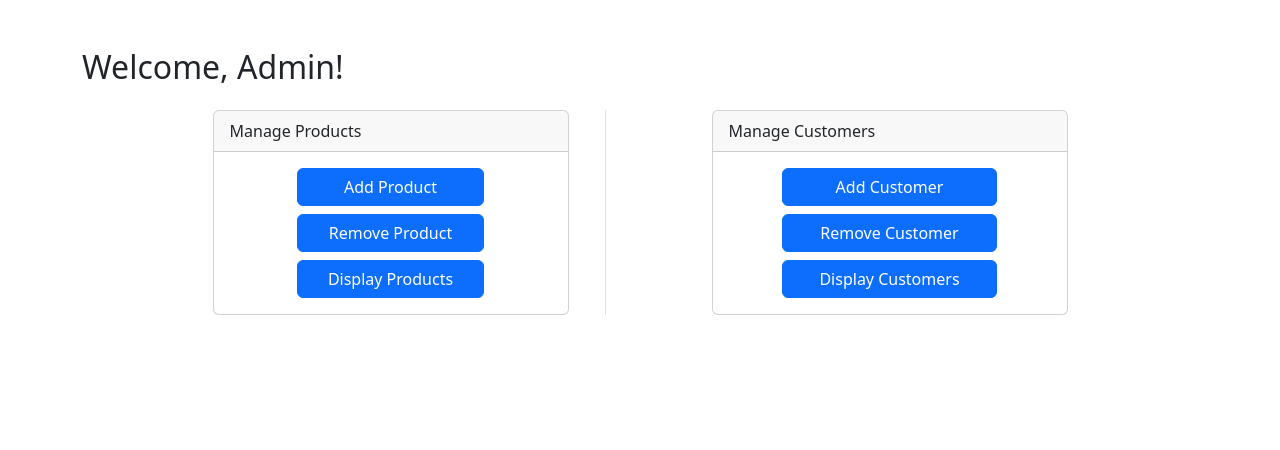
Repository: satvikagrasani/Layered-Architecture
Page: http://localhost/OnlineShoppingSystem/admindashboard.jsp
The author's editor kept a copy of each file at every save. The page is drawn from the files as they stood at one save, then again after the next save.
The browser window is 1280 px wide. The pictures show the whole page.
The page is served by Tomcat 9.

Above is the page before, as saved 2023-09-04 16:59:01.

After the next save:
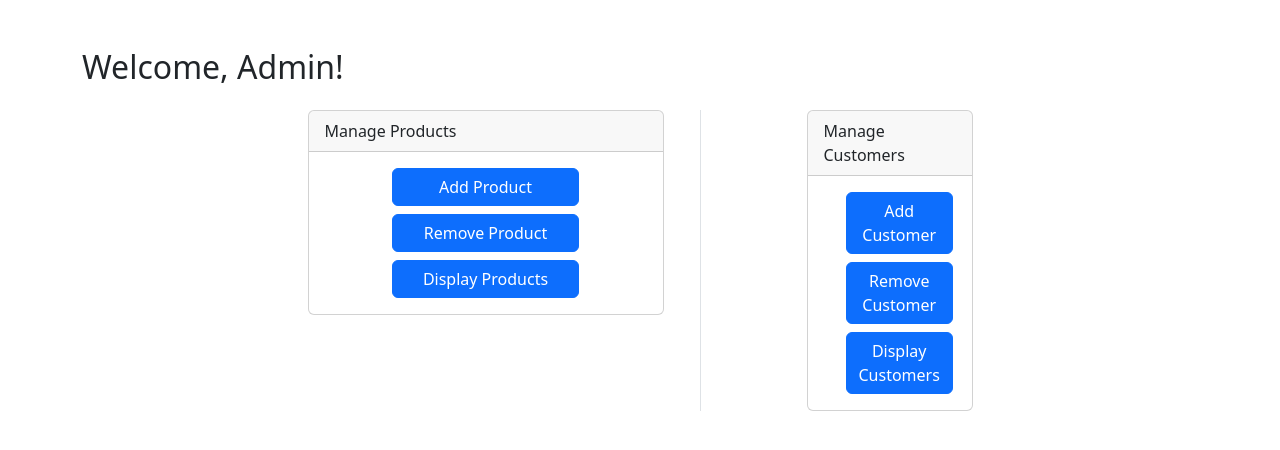
Saved 11 s later.
--- a/Layered Architecture/OnlineShoppingSystem/src/main/webapp/admindashboard.jsp
+++ b/Layered Architecture/OnlineShoppingSystem/src/main/webapp/admindashboard.jsp
@@ -138,7 +138,7 @@
             <div class="col-md-1 border-start ms-4 "></div>
 
 
-            <div class="col-md-4 ">
+            <div class="col-md-2 ">
                 <div class="card me-6">
                     <div class="card-header">Manage Customers</div>
                     <div class="card-body">

After the save that followed:
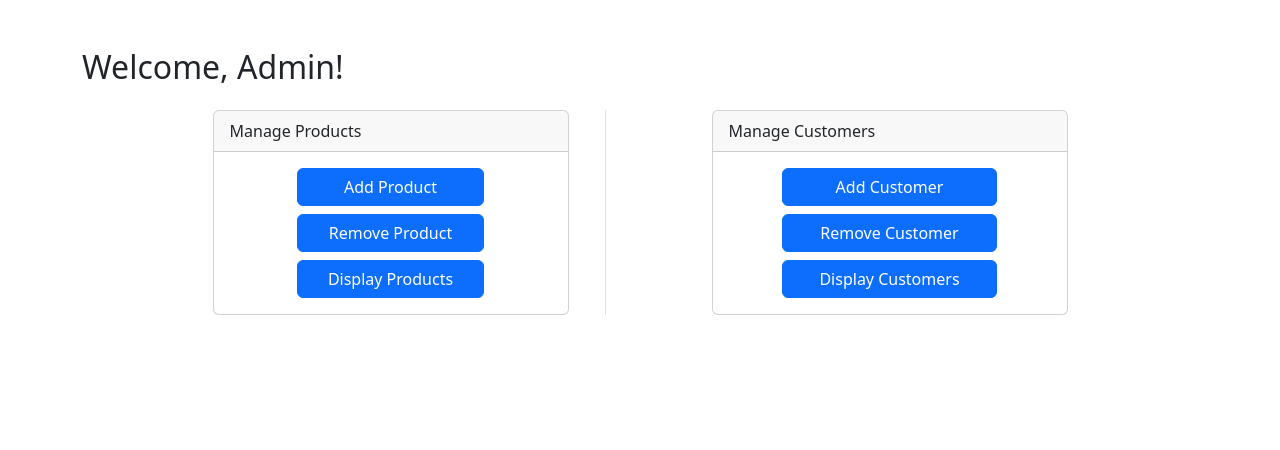
Saved 9 s later.
--- a/Layered Architecture/OnlineShoppingSystem/src/main/webapp/admindashboard.jsp
+++ b/Layered Architecture/OnlineShoppingSystem/src/main/webapp/admindashboard.jsp
@@ -138,7 +138,7 @@
             <div class="col-md-1 border-start ms-4 "></div>
 
 
-            <div class="col-md-2 ">
+            <div class="col-md-4 ">
                 <div class="card me-6">
                     <div class="card-header">Manage Customers</div>
                     <div class="card-body">
